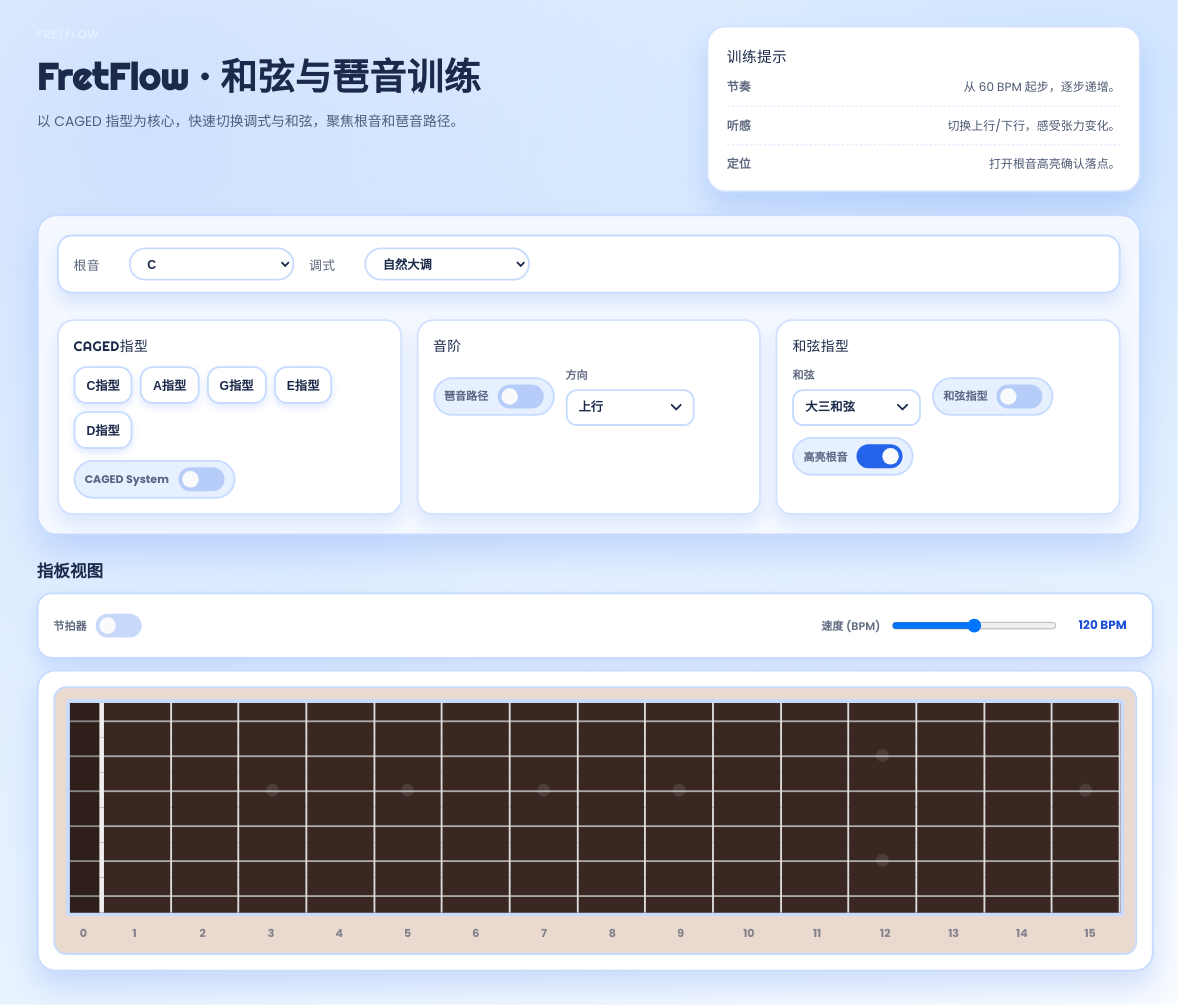
Repository: DaNN-55/FretFlow
Page: src/pages/chord-arpeggio.html
An editor plug-in stored every save of this project. The page is shown before and after the next save, followed by the edit.
The browser window is 1280 px wide. The pictures show the whole page, at 92% of full size.

Above is the page before, as saved 2026-02-05 14:17:21.

### src/pages/chord-arpeggio.html
<!doctype html>
<html lang="zh-CN">
  <head>
    <meta charset="UTF-8" />
    <meta name="viewport" content="width=device-width, initial-scale=1" />
    <title>和弦与琶音训练</title>
    <link rel="preconnect" href="https://fonts.googleapis.com" />
    <link rel="preconnect" href="https://fonts.gstatic.com" crossorigin />
    <link
      rel="stylesheet"
      href="https://fonts.googleapis.com/css2?family=Poppins:wght@300;400;500;600;700&family=Righteous&display=swap"
    />
    <link rel="stylesheet" href="../styles/guitartraining.css" />
    <link rel="stylesheet" href="../styles/chord-arpeggio.css" />
  </head>
  <body class="chord-arpeggio">
    <div class="page">
      <header class="page-hero">
        <div class="hero-copy">
          <p class="eyebrow">FretFlow</p>
          <h1>FretFlow · 和弦与琶音训练</h1>
          <p class="hero-subtitle">
            以 CAGED 指型为核心，快速切换调式与和弦，聚焦根音和琶音路径。
          </p>
        </div>
        <div class="hero-card">
          <div class="hero-card-title">训练提示</div>
          <div class="hero-card-body">
            <div class="tip-row">
              <span class="tip-label">节奏</span>
              <span>从 60 BPM 起步，逐步递增。</span>
            </div>
            <div class="tip-row">
              <span class="tip-label">听感</span>
              <span>切换上行/下行，感受张力变化。</span>
            </div>
            <div class="tip-row">
              <span class="tip-label">定位</span>
              <span>打开根音高亮确认落点。</span>
            </div>
          </div>
        </div>
      </header>

      <section class="control-panel">
        <div class="metronome-inline settings-inline">
          <label class="field field-inline">
            <span class="field-label">根音</span>
            <select id="rootSelect" aria-label="选择根音">
              <option value="C">C</option>
              <option value="C#">C#</option>
              <option value="D">D</option>
              <option value="D#">D#</option>
              <option value="E">E</option>
              <option value="F">F</option>
              <option value="F#">F#</option>
              <option value="G">G</option>
              <option value="G#">G#</option>
              <option value="A">A</option>
              <option value="A#">A#</option>
              <option value="B">B</option>
            </select>
          </label>
          <label class="field field-inline">
            <span class="field-label">调式</span>
            <select id="scaleSelect" aria-label="选择音阶调式">
              <option value="major">自然大调</option>
              <option value="minor">自然小调</option>
              <option value="pentatonicMajor">大五声音阶</option>
              <option value="pentatonicMinor">小五声音阶</option>
            </select>
          </label>
        </div>
        <div class="control-panel-grid">
          <div class="control-group">
            <div class="group-title">CAGED指型</div>
            <div class="control-row">
              <div class="btn-group">
                <button type="button" data-pattern="1" aria-pressed="false">
                  C指型
                </button>
                <button type="button" data-pattern="2" aria-pressed="false">
                  A指型
                </button>
                <button type="button" data-pattern="3" aria-pressed="false">
                  G指型
                </button>
                <button type="button" data-pattern="4" aria-pressed="false">
                  E指型
                </button>
                <button type="button" data-pattern="5" aria-pressed="false">
                  D指型
                </button>
              </div>
              <div class="switch-box">
                <span class="switch-label">CAGED System</span>
                <label class="switch">
                  <input
                    type="checkbox"
                    id="cagedToggle"
                    aria-label="切换 CAGED 和弦音显示"
                  />
                  <span class="slider"></span>
                </label>
              </div>
            </div>
          </div>

          <div class="control-group">
            <div class="group-title">音阶</div>
            <div class="control-row">
              <div class="switch-box">
                <span class="switch-label">琶音路径</span>
                <label class="switch">
                  <input
                    type="checkbox"
                    id="arpeggioToggle"
                    aria-label="开启琶音路径"
                  />
                  <span class="slider"></span>
                </label>
              </div>
              <label class="field">
                方向
                <select id="arpeggioDirection" aria-label="琶音方向">
                  <option value="asc">上行</option>
                  <option value="desc">下行</option>
                </select>
              </label>
            </div>
          </div>

          <div class="control-group">
            <div class="group-title">和弦指型</div>
            <div class="control-row">
              <label class="field">
                和弦
                <select id="chordSelect" aria-label="选择和弦类型">
                  <option value="majorTriad">大三和弦</option>
                  <option value="minorTriad">小三和弦</option>
                  <option value="dominant7">属七</option>
                  <option value="major7">大七</option>
                  <option value="minor7">小七</option>
                </select>
              </label>
              <div class="switch-box">
                <span class="switch-label">和弦指型</span>
                <label class="switch">
                  <input
                    type="checkbox"
                    id="chordToneToggle"
                    aria-label="显示和弦指型"
                  />
                  <span class="slider"></span>
                </label>
              </div>
              <div class="switch-box">
                <span class="switch-label">高亮根音</span>
                <label class="switch">
                  <input
                    type="checkbox"
                    id="highlightRootToggle"
                    aria-label="高亮根音"
                    checked
                  />
                  <span class="slider"></span>
                </label>
              </div>
            </div>
          </div>
        </div>
      </section>

      <section class="fretboard-section">
        <div class="section-header">
          <h2>指板视图</h2>
        </div>
        <div class="metronome-inline">
          <div class="metronome-toggle">
            <label for="metronomeToggle">节拍器</label>
            <label class="switch">
              <input
                type="checkbox"
                id="metronomeToggle"
                aria-label="开启节拍器"
              />
              <span class="slider"></span>
            </label>
          </div>
          <div class="metronome-speed">
            <label for="metronomeSpeed">速度 (BPM)</label>
            <input
              type="range"
              id="metronomeSpeed"
              min="40"
              max="200"
              value="120"
            />
            <div class="metronome-speed-value">
              <span id="speedValue">120</span> BPM
            </div>
          </div>
        </div>
        <div class="fretboard-shell">
          <div class="fretboard-wrapper">
            <div id="fretboard" class="fretboard"></div>
            <div id="fretNumbers" class="fret-numbers"></div>
          </div>
        </div>
      </section>
    </div>

    <script src="../chord-arpeggio.js"></script>
  </body>
</html>

### src/styles/chord-arpeggio.css
:root {
  --page-bg: #eaf3ff;
  --page-text: #1b2a4a;
  --control-bg: #f5f9ff;
  --panel-border: #c9dcff;
  --note-scale: #2563eb;
  --note-gold: #fbbf24;
  --root-note: #f97316;
  --cta-green: #22c55e;
  --fretboard-bg: #3a2722;
  --card-bg: #ffffff;
  --card-border: #d4e2ff;
  --card-shadow: rgba(37, 99, 235, 0.12);
}

body.chord-arpeggio {
  font-family:
    "Poppins", "Noto Sans SC", "PingFang SC", "Microsoft YaHei", system-ui,
    sans-serif;
  background:
    radial-gradient(
      circle at 12% 12%,
      rgba(59, 130, 246, 0.18),
      transparent 45%
    ),
    radial-gradient(
      circle at 88% 8%,
      rgba(147, 197, 253, 0.26),
      transparent 55%
    ),
    linear-gradient(150deg, #f2f7ff 0%, #e2efff 45%, #f8fbff 100%);
  color: var(--page-text);
  margin: 0;
  padding: 28px 16px 36px;
  display: block;
}

body.chord-arpeggio .page {
  width: min(1200px, 100%);
  margin: 0 auto;
  display: flex;
  flex-direction: column;
  gap: 24px;
}

body.chord-arpeggio .page-hero {
  display: grid;
  grid-template-columns: minmax(0, 1.2fr) minmax(0, 0.8fr);
  gap: 20px;
  align-items: stretch;
}

body.chord-arpeggio .hero-copy h1 {
  font-family: "Righteous", "Poppins", sans-serif;
  font-size: clamp(28px, 4vw, 40px);
  margin: 6px 0 10px;
  letter-spacing: 0.5px;
}

body.chord-arpeggio .eyebrow {
  margin: 0;
  font-size: 12px;
  letter-spacing: 1.2px;
  text-transform: uppercase;
  color: rgba(248, 250, 252, 0.72);
}

body.chord-arpeggio .hero-subtitle {
  margin: 0;
  font-size: 15px;
  color: rgba(27, 42, 74, 0.72);
  line-height: 1.6;
}

body.chord-arpeggio .hero-card {
  background: var(--card-bg);
  border: 2px solid var(--card-border);
  border-radius: 20px;
  padding: 18px 20px;
  box-shadow:
    0 18px 30px rgba(37, 99, 235, 0.18),
    inset 0 1px 0 rgba(255, 255, 255, 0.65);
  display: flex;
  flex-direction: column;
  gap: 12px;
}

body.chord-arpeggio .hero-card-title {
  font-family: "Righteous", "Poppins", sans-serif;
  font-size: 16px;
  letter-spacing: 0.4px;
}

body.chord-arpeggio .hero-card-body {
  display: grid;
  gap: 10px;
  font-size: 13px;
  color: rgba(27, 42, 74, 0.78);
}

body.chord-arpeggio .tip-row {
  display: flex;
  justify-content: space-between;
  gap: 12px;
  padding-bottom: 10px;
  border-bottom: 1px dashed rgba(37, 99, 235, 0.18);
}

body.chord-arpeggio .tip-row:last-child {
  border-bottom: none;
  padding-bottom: 0;
}

body.chord-arpeggio .tip-label {
  font-weight: 700;
  color: rgba(27, 42, 74, 0.7);
}

body.chord-arpeggio .control-panel {
  background: var(--control-bg);
  border: 2px solid var(--panel-border);
  border-radius: 22px;
  padding: 20px;
  box-shadow:
    0 20px 34px rgba(37, 99, 235, 0.16),
    inset 0 1px 0 rgba(255, 255, 255, 0.65);
  margin-bottom: 0;
}

body.chord-arpeggio .mode-toggle {
  display: inline-flex;
  gap: 10px;
  padding: 6px;
  border-radius: 999px;
  background: #e7f0ff;
  border: 2px solid #c7dbff;
  box-shadow:
    0 10px 18px rgba(37, 99, 235, 0.12),
    inset 0 1px 0 rgba(255, 255, 255, 0.7);
  margin-bottom: 12px;
}

body.chord-arpeggio .mode-btn {
  border: none;
  background: transparent;
  padding: 8px 16px;
  border-radius: 999px;
  font-weight: 700;
  color: rgba(27, 42, 74, 0.72);
  cursor: pointer;
  transition:
    background-color 0.2s ease,
    color 0.2s ease,
    box-shadow 0.2s ease;
}

body.chord-arpeggio .mode-btn.active {
  background: #2563eb;
  color: #ffffff;
  box-shadow: 0 8px 16px rgba(37, 99, 235, 0.25);
}

body.chord-arpeggio.mode-caged .training-only,
body.chord-arpeggio.mode-training .caged-only {
  display: none;
}

body.chord-arpeggio .control-panel-grid {
  display: grid;
  gap: 16px;
  grid-template-columns: repeat(auto-fit, minmax(260px, 1fr));
}

body.chord-arpeggio.mode-training .control-panel-grid {
  grid-template-columns: repeat(2, minmax(260px, 1fr));
}

body.chord-arpeggio .scale-group {
  order: 1;
}

body.chord-arpeggio .metronome-group {
  order: 2;
}

body.chord-arpeggio .compact-controls {
  gap: 10px;
  align-items: center;
}

body.chord-arpeggio .compact-controls .field-inline {
  gap: 8px;
}

body.chord-arpeggio .compact-controls .switch-box {
  padding: 4px 8px;
}

body.chord-arpeggio.mode-caged .caged-only {
  order: 1;
}

body.chord-arpeggio.mode-caged .metronome-group {
  order: 2;
}

body.chord-arpeggio .control-group {
  background: var(--card-bg);
  border: 2px solid var(--card-border);
  border-radius: 18px;
  padding: 16px;
  box-shadow:
    0 10px 18px var(--card-shadow),
    inset 0 1px 0 rgba(255, 255, 255, 0.7);
  display: flex;
  flex-direction: column;
  gap: 12px;
}

body.chord-arpeggio .group-title {
  font-family: "Righteous", "Poppins", sans-serif;
  font-size: 15px;
  letter-spacing: 0.4px;
}

body.chord-arpeggio .control-row {
  align-items: center;
  gap: 12px;
}

body.chord-arpeggio .btn-group button {
  background: #ffffff;
  color: #1b2a4a;
  border: 2px solid #c7dbff;
  border-radius: 14px;
  padding: 9px 12px;
  font-weight: 700;
  box-shadow:
    0 4px 8px rgba(37, 99, 235, 0.15),
    inset 0 1px 0 rgba(255, 255, 255, 0.6);
  transition:
    transform 0.2s ease,
    box-shadow 0.2s ease,
    background-color 0.2s ease;
}

body.chord-arpeggio .btn-group button:hover {
  transform: translateY(-1px);
  box-shadow:
    0 6px 12px rgba(37, 99, 235, 0.2),
    inset 0 1px 0 rgba(255, 255, 255, 0.6);
}

body.chord-arpeggio button.active {
  background: #2563eb;
  border-color: #2563eb;
  color: #ffffff;
}

body.chord-arpeggio .fretboard.show-scale .note.in-scale,
body.chord-arpeggio .fretboard.show-chord .note.in-scale,
body.chord-arpeggio .fretboard.show-arpeggio .note.in-scale,
body.chord-arpeggio .fretboard.show-caged .note.caged-note {
  display: flex;
}

body.chord-arpeggio .note.caged-note {
  background: #fbbf24;
  color: #4b3600;
  box-shadow:
    0 0 0 2px #ffffff inset,
    0 0 12px rgba(251, 191, 36, 0.45);
}

body.chord-arpeggio label.field {
  display: flex;
  flex-direction: column;
  gap: 6px;
  font-size: 12px;
  font-weight: 600;
  color: rgba(27, 42, 74, 0.7);
  min-width: 140px;
}

body.chord-arpeggio select,
body.chord-arpeggio input[type="range"] {
  border: 2px solid #c7dbff;
  border-radius: 12px;
  background: #ffffff;
  color: #1b2a4a;
  font-weight: 600;
  height: 40px;
}

body.chord-arpeggio .control-row select {
  appearance: none;
  padding: 8px 36px 8px 12px;
  line-height: 1.2;
  background-image: url("data:[embedded picture, 230 characters]");
  background-repeat: no-repeat;
  background-position: right 12px center;
  background-size: 12px 8px;
  box-shadow: none;
}

body.chord-arpeggio select option {
  color: #1b2a4a;
}

body.chord-arpeggio .switch-box {
  border: 2px solid #c7dbff;
  background: #e7f0ff;
  border-radius: 999px;
  padding: 6px 10px;
  gap: 10px;
}

body.chord-arpeggio .switch-label {
  font-size: 12px;
  font-weight: 700;
  color: rgba(27, 42, 74, 0.7);
}

body.chord-arpeggio .slider {
  background-color: rgba(37, 99, 235, 0.25);
}

body.chord-arpeggio input:checked + .slider {
  background-color: #2563eb;
}

body.chord-arpeggio .slider:before {
  background-color: #f8fafc;
}

body.chord-arpeggio .metronome-toggle,
body.chord-arpeggio .metronome-speed {
  gap: 10px;
  flex-wrap: wrap;
}

body.chord-arpeggio .metronome-toggle label,
body.chord-arpeggio .metronome-speed label {
  font-size: 12px;
  font-weight: 600;
  color: rgba(27, 42, 74, 0.7);
}

body.chord-arpeggio .metronome-speed input[type="range"] {
  width: 180px;
}

body.chord-arpeggio .metronome-speed-value {
  color: #1d4ed8;
}

body.chord-arpeggio .fretboard-section {
  display: grid;
  gap: 12px;
}

body.chord-arpeggio .section-header h2 {
  margin: 0;
  font-family: "Righteous", "Poppins", sans-serif;
  font-size: 18px;
}

body.chord-arpeggio .metronome-inline {
  display: flex;
  align-items: center;
  justify-content: space-between;
  gap: 16px;
  flex-wrap: wrap;
  background: #ffffff;
  border: 2px solid #c7dbff;
  border-radius: 16px;
  padding: 12px 16px;
  box-shadow:
    0 10px 18px rgba(37, 99, 235, 0.14),
    inset 0 1px 0 rgba(255, 255, 255, 0.7);
}

body.chord-arpeggio .metronome-inline .metronome-speed {
  flex: 1;
  min-width: 240px;
  justify-content: flex-end;
}

body.chord-arpeggio .settings-inline {
  margin-bottom: 12px;
  align-items: center;
  justify-content: flex-start;
}

body.chord-arpeggio .settings-inline .field {
  min-width: 200px;
}

body.chord-arpeggio .field.field-inline {
  flex-direction: row;
  align-items: center;
  gap: 12px;
}

body.chord-arpeggio .field-label {
  font-family: "Righteous", "Poppins", sans-serif;
  font-size: 14px;
  font-weight: 400;
  letter-spacing: 0.4px;
  color: rgba(27, 42, 74, 0.72);
  min-width: 48px;
}

body.chord-arpeggio .settings-inline select {
  border-radius: 999px;
  padding: 6px 40px 6px 14px;
  height: 36px;
  min-width: 180px;
  width: 180px;
}

body.chord-arpeggio .section-header p {
  margin: 6px 0 0;
  color: rgba(27, 42, 74, 0.7);
  font-size: 13px;
}

body.chord-arpeggio .fretboard-shell {
  background: #ffffff;
  border: 2px solid #c7dbff;
  border-radius: 20px;
  padding: 16px;
  box-shadow:
    0 16px 30px rgba(37, 99, 235, 0.18),
    inset 0 1px 0 rgba(255, 255, 255, 0.7);
}

body.chord-arpeggio .fretboard-wrapper {
  background: #ead9cf;
  border-radius: 14px;
  padding: 12px;
  border: 2px solid #c7dbff;
}

body.chord-arpeggio .fretboard {
  border-color: #c7dbff;
}

body.chord-arpeggio .fret-numbers .num {
  color: rgba(27, 42, 74, 0.5);
}

body.chord-arpeggio button:focus-visible,
body.chord-arpeggio select:focus-visible,
body.chord-arpeggio input[type="range"]:focus-visible {
  outline: 3px solid rgba(37, 99, 235, 0.5);
  outline-offset: 2px;
}

body.chord-arpeggio .switch input:focus-visible + .slider {
  box-shadow: 0 0 0 3px rgba(37, 99, 235, 0.3);
}

@media (max-width: 900px) {
  body.chord-arpeggio .page-hero {
    grid-template-columns: 1fr;
  }

  body.chord-arpeggio .hero-card {
    order: -1;
  }
}

@media (max-width: 700px) {
  body.chord-arpeggio .btn-group button {
    flex: 1 1 120px;
  }

  body.chord-arpeggio .control-panel-grid {
    grid-template-columns: 1fr;
  }
}

@media (prefers-reduced-motion: reduce) {
  body.chord-arpeggio * {
    animation: none !important;
    transition: none !important;
  }
}

.note.arp-step {
  background: var(--note-gold);
  color: #332200;
  border: 2px solid #fff;
  box-shadow: 0 0 12px rgba(255, 215, 0, 0.8);
}

.note.arp-muted {
  opacity: 0.35;
}

.note .arp-index {
  position: absolute;
  top: -8px;
  right: -8px;
  padding: 1px 5px;
  border-radius: 10px;
  background: #fff;
  color: #222;
  font-size: 9px;
  font-weight: 700;
  box-shadow: 0 1px 4px rgba(0, 0, 0, 0.2);
}

Loaded but not shown: src/chord-arpeggio.js (524 lines, source omitted); src/styles/guitartraining.css (383 lines, source omitted)

After the next save:
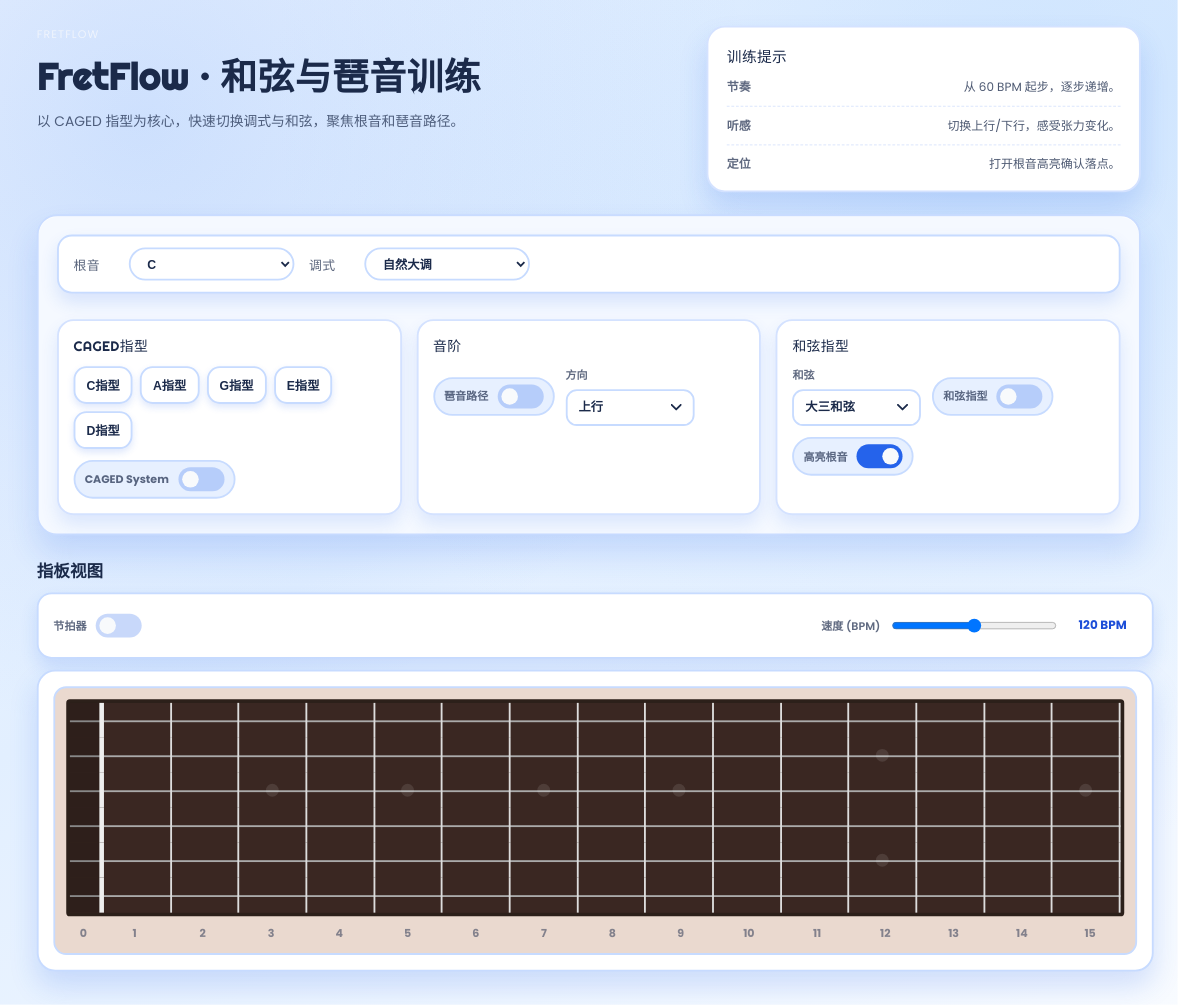
Saved 6 s later.
--- a/src/styles/chord-arpeggio.css
+++ b/src/styles/chord-arpeggio.css
@@ -443,7 +443,7 @@ body.chord-arpeggio .fretboard-wrapper {
 }
 
 body.chord-arpeggio .fretboard {
-  border-color: #c7dbff;
+  border-color: #2c201a;
 }
 
 body.chord-arpeggio .fret-numbers .num {
